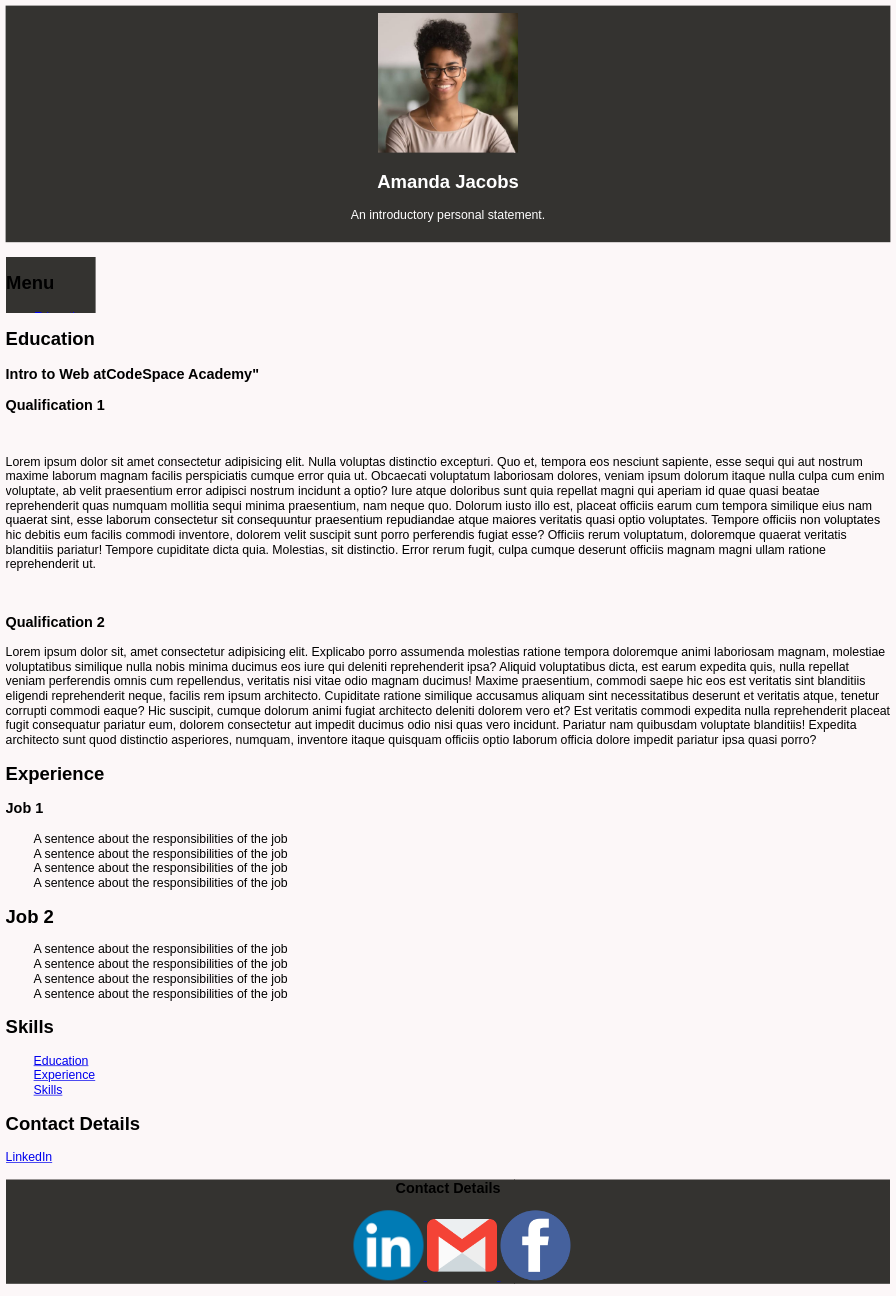
Repository: LeonardMhere/Resume-3
Page: resume `3/index.html
An editor plug-in stored every save of this project. The page is shown before and after the next save, followed by the edit.
The browser window is 1280 px wide. The pictures show the whole page, at 70% of full size.

Above is the page before, as saved 2023-03-23 09:25:24.

### resume `3/index.html
<!DOCTYPE html>
<html lang="en">
    <meta charset="UTF-8">
    <meta http-equiv="X-UA-Compatible" content="IE=edge">
    <meta name="viewport" content="width=device-width, initial-scale=1.0">
    <link rel="stylesheet" href="css/stylesheet.css">

<head>
    <title>Amanda Jacobs</title>
</head>

<body>


  <header id="heading">
 <aside>
   <img id="profilePhoto" src="./images/profilePhoto.jpeg" width="200px"
   alt="Error Thumbnail">

  <h1>Amanda Jacobs</h1>
  <p>An introductory personal statement.</p>

    </header>

    <br/>
<main>
  <section>
   <article>
     <div class="nav-menu">
      <nav>
        <h2>Menu</h2>

  <ul>
      <li><a href="education">Education</a></li>
      <li><a href="experience">Experience</a></li>
      <li><a href="skills">Skills</a></li>
      </div>
  </ul>
</nav>
</aside>



<div class="box-1">
  <h2 id="education">Education</h2>
  <h3>Intro to Web at<a href="http://codespace.co.za/"></a>CodeSpace Academy"</a></h3>



  <h3>Qualification 1</h3>
  <br/>
     <p>Lorem ipsum dolor sit amet consectetur adipisicing elit. Nulla voluptas distinctio excepturi.
       Quo et, tempora eos nesciunt sapiente, esse sequi qui aut nostrum maxime laborum magnam facilis perspiciatis cumque error quia ut. Obcaecati voluptatum laboriosam dolores, veniam ipsum dolorum itaque nulla culpa cum enim voluptate,
       ab velit praesentium error adipisci nostrum incidunt a optio? Iure atque doloribus sunt quia repellat magni qui aperiam id quae quasi beatae reprehenderit quas numquam mollitia sequi minima praesentium, nam neque quo. Dolorum iusto illo est, placeat officiis earum cum tempora similique eius nam quaerat sint, esse laborum consectetur sit consequuntur praesentium repudiandae atque maiores veritatis quasi optio voluptates. Tempore officiis non voluptates hic debitis eum facilis commodi inventore, dolorem velit suscipit sunt porro perferendis fugiat esse? Officiis rerum voluptatum, doloremque quaerat veritatis blanditiis pariatur! Tempore cupiditate dicta quia. Molestias, sit distinctio. Error rerum fugit, culpa cumque deserunt officiis magnam magni ullam ratione reprehenderit ut.
      </p>
    </div>
      <br/>

  <div class="box-2">
   <h3>Qualification 2</h3>

      <p>
        Lorem ipsum dolor sit, amet consectetur adipisicing elit. Explicabo porro assumenda molestias ratione tempora doloremque animi laboriosam magnam, molestiae voluptatibus similique nulla nobis minima ducimus eos iure qui deleniti reprehenderit ipsa? Aliquid voluptatibus dicta, est earum expedita quis, nulla repellat veniam perferendis omnis cum repellendus, veritatis nisi vitae odio magnam ducimus! Maxime praesentium, commodi saepe hic eos est veritatis sint blanditiis eligendi reprehenderit neque, facilis rem ipsum architecto. Cupiditate ratione similique accusamus aliquam sint necessitatibus deserunt et veritatis atque, tenetur corrupti commodi eaque? Hic suscipit, cumque dolorum animi fugiat architecto deleniti dolorem vero et? Est veritatis commodi expedita nulla reprehenderit placeat fugit consequatur pariatur eum, dolorem consectetur aut impedit ducimus odio nisi quas vero incidunt. Pariatur nam quibusdam voluptate blanditiis! Expedita architecto sunt quod distinctio asperiores, numquam, inventore itaque quisquam officiis optio laborum officia dolore impedit pariatur ipsa quasi porro?
      </p>
    </div>


    <h2 id="experience">Experience</h2>

    <h3>Job 1</h3>
    <p>
        <ul>
            <li>A sentence about the responsibilities of the job</li>
            <li>A sentence about the responsibilities of the job</li>
            <li>A sentence about the responsibilities of the job</li>
            <li>A sentence about the responsibilities of the job</li>
        </ul>
    </p>



    <h2>Job 2</h2>

     <p>
        <ul>
            <li>A sentence about the responsibilities of the job</li>
            <li>A sentence about the responsibilities of the job</li>
            <li>A sentence about the responsibilities of the job</li>
            <li>A sentence about the responsibilities of the job</li>
        </ul>
     </p>



      <h2 id="skills">Skills</h2>

<ul>
  <li><a href="#education">Education</a></li>
  <li><a href="#experience">Experience</a></li>
  <li><a href="#Skills">Skills</a></li>
</ul>
</p>

<h2>Contact Details</h2>
<p><a href="http://linkedin.com">LinkedIn</a>

    </section>
  </article>
</main>








<footer>
    <h3>Contact Details</h3>
    <ul>
       <a href="http://linkedin.com" target="_blank">
           <img class="icons" src="images/linkedinIcon.png"
           alt="Amanda Jacobs Linkedin"
           width="100px">

       </a>

       <a href="//http://gmail.com" target="_blank">
        <img class="icons" src="images/gmailIcon.png"
        alt="Amanda Jacobs Gmail"
        width="100px">
       </a>

       <a href="//http://facebook.com" target="_blank">
        <img class="icons" src="images/facebookIcon.png"
        alt="Amanda Jacobs facebook Account"
        width="100px">
       </a>
</ul>
</footer>











</body>
</html>

### resume `3/css/stylesheet.css
body{
  font-family: sans-serif;
  font-size:110%;
  background-color: #FCF7F8;
}

header {
  text-align: center;
  background-color: #343330;
  color: white;
  padding: 10px 0 10px ;
}



.nav-menu{
    background-color:#343330;
    height: 80px;
    width: fit-content;
    overflow: auto;
    background-color:
}

ul {
  list-style: none;
  margin-left: 0%;
}





footer {
  background-color: #343330;
  text-align: center;
}

After the next save:
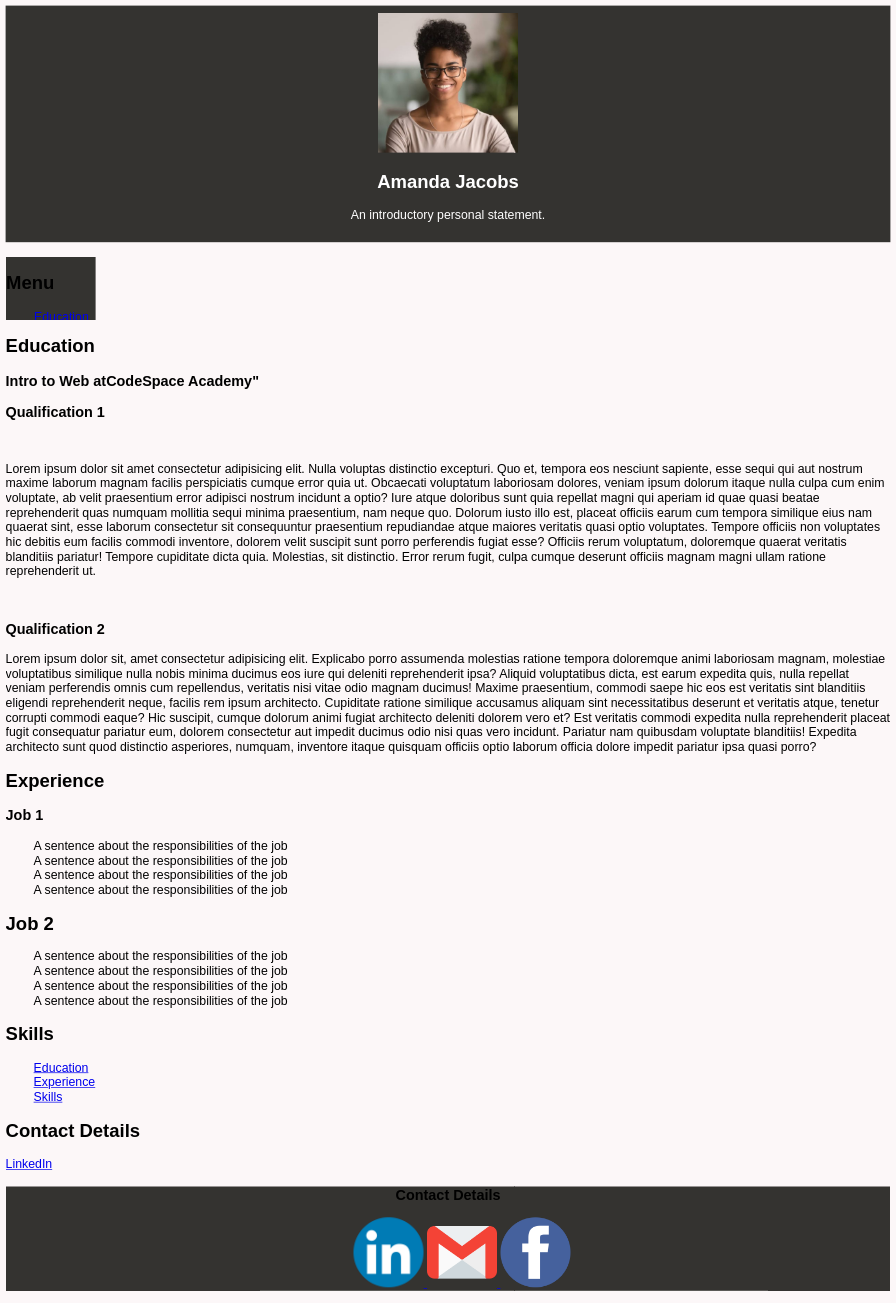
Saved 25 s later.
--- a/resume `3/css/stylesheet.css
+++ b/resume `3/css/stylesheet.css
@@ -15,7 +15,7 @@ header {
 
 .nav-menu{
     background-color:#343330;
-    height: 80px;
+    height: 90px;
     width: fit-content;
     overflow: auto;
     background-color:
